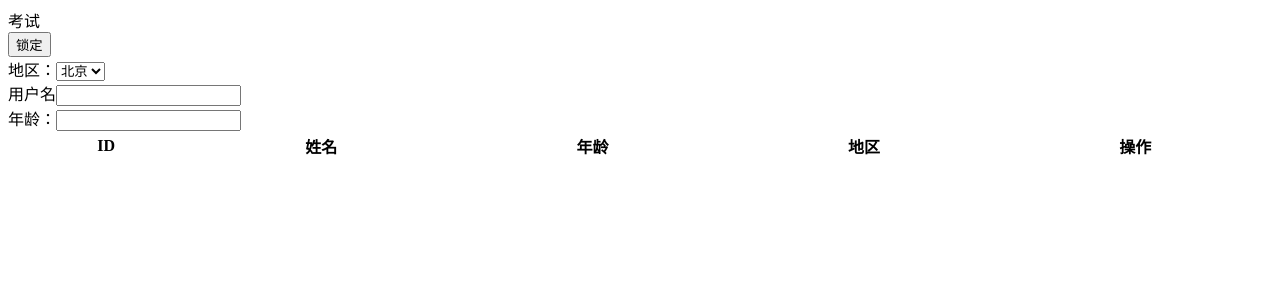
Repository: Sjl-2114/2006z
Page: / (app in A卷/vue-kaoshi/)
An editor plug-in stored every save of this project. The page is shown before and after the next save, followed by the edit.
The browser window is 1280 px wide. The pictures show the whole page.
The project was rebuilt for these pictures with package versions that can differ from the ones it lists, and the page was loaded fresh each time.

Above is the page before, as saved 2021-04-28 15:55:58.

After the next save:
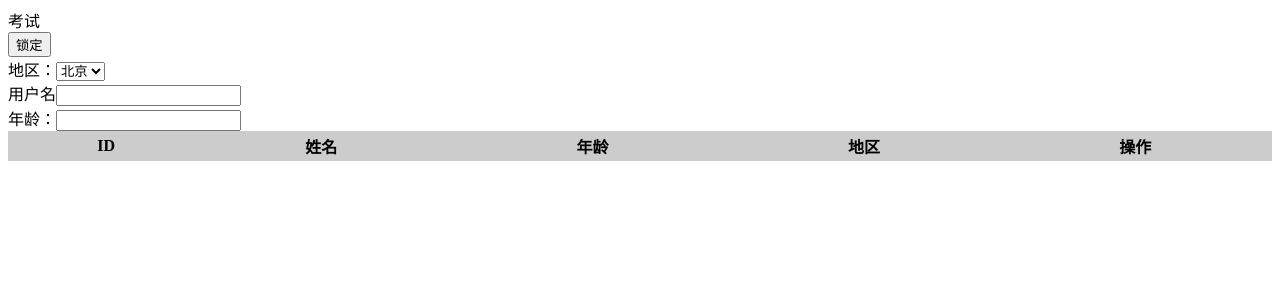
Saved 8 s later.
--- a/A卷/vue-kaoshi/src/App.vue
+++ b/A卷/vue-kaoshi/src/App.vue
@@ -51,5 +51,7 @@ export default {
 }
 </script>
 <style>
-
+  .table{
+    background: #ccc;
+  }
 </style>
